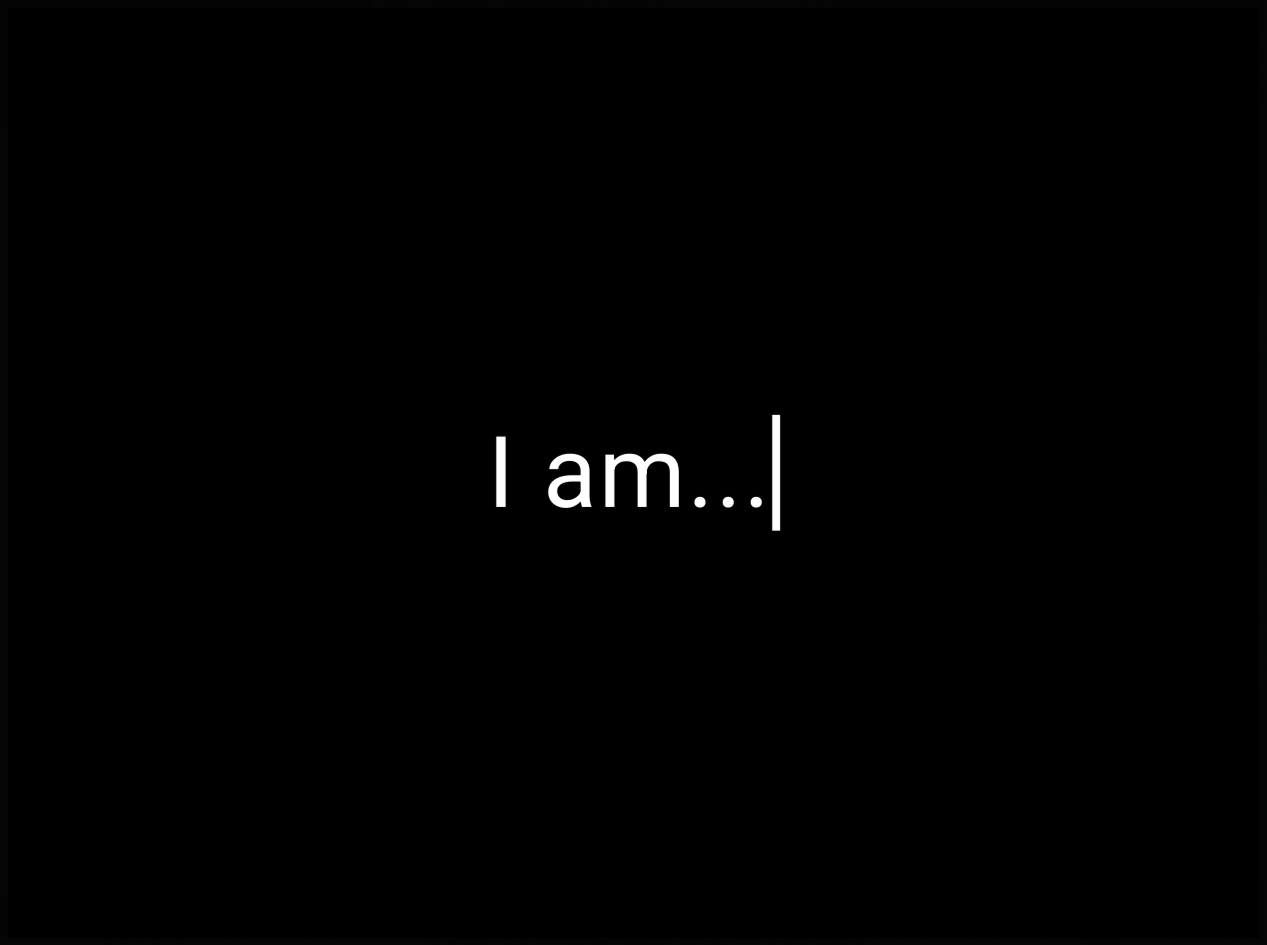
Repository: meywenz/mysite
Page: index.html
The author's editor kept a copy of each file at every save. The page is drawn from the files as they stood at one save, then again after the next save.
The browser window is 1280 px wide. The pictures show the whole page, at 99% of full size.

Above is the page before, as saved 2021-04-11 15:01:22.

After the next save:
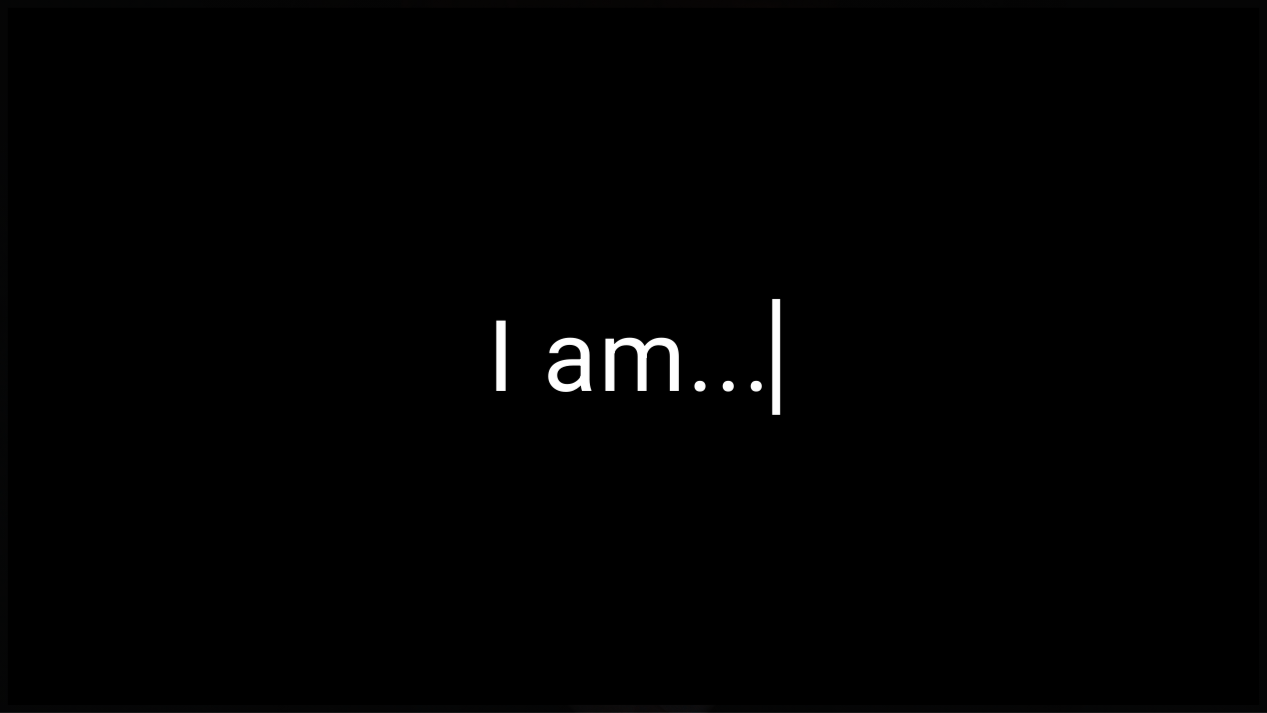
Saved 63 s later.
--- a/styles.css
+++ b/styles.css
@@ -77,7 +77,7 @@
 
 .links {
   text-align: center;
-  padding: 20px;
+  padding: 1em, 2em;
   border: 1px solid rgb(110, 110, 110);
   border-width: 2px;
   width: 290px;
@@ -123,7 +123,7 @@
 }
 .links:hover {
   text-align: center;
-  padding: 20px;
+  padding: 1em, 2em;
   border: 1px solid rgb(255, 255, 255);
   border-width: 2px;
   width: 290px;

After the save that followed:
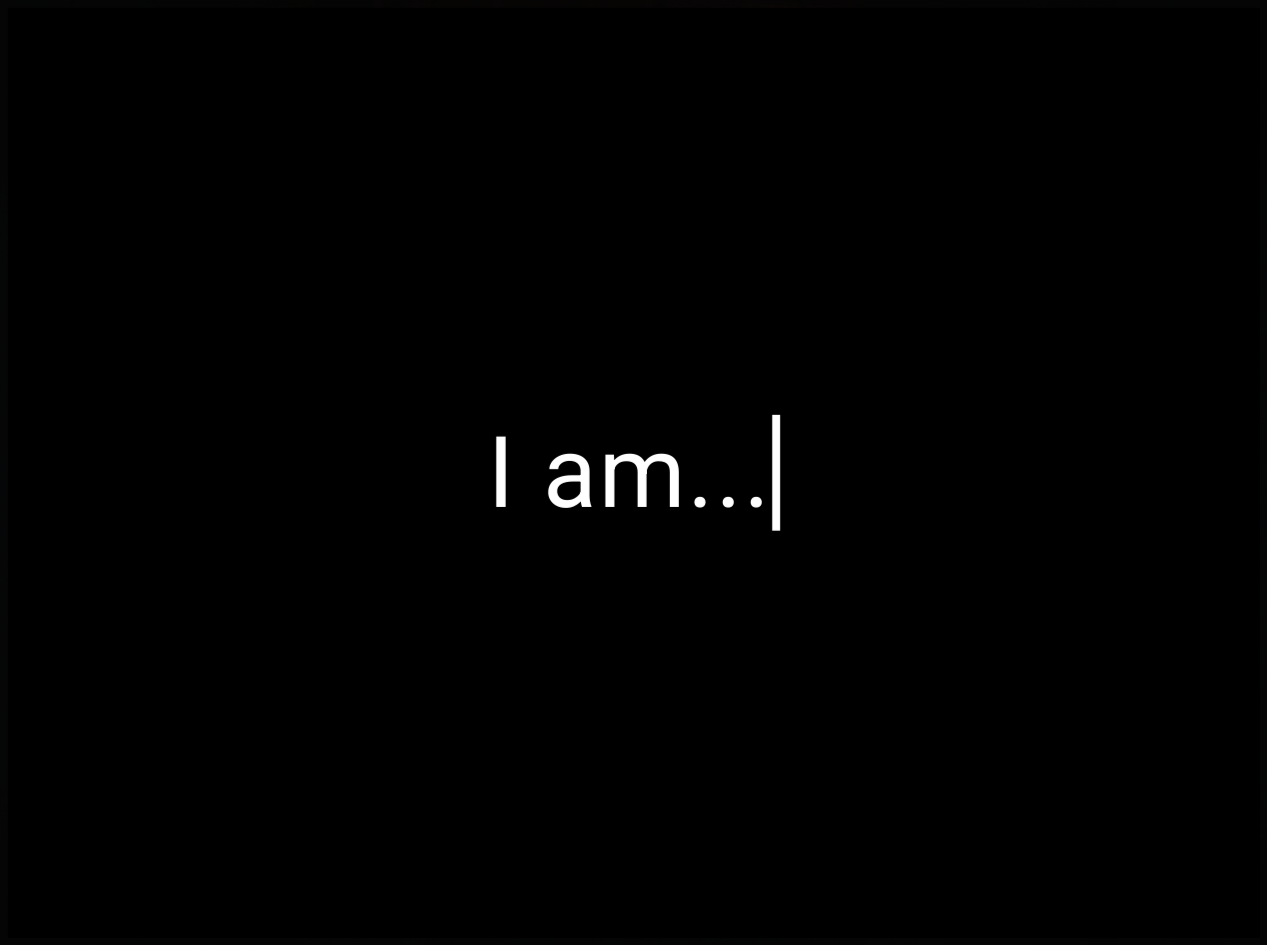
Saved 22 s later.
--- a/styles.css
+++ b/styles.css
@@ -77,7 +77,7 @@
 
 .links {
   text-align: center;
-  padding: 1em, 2em;
+  padding: 20px;
   border: 1px solid rgb(110, 110, 110);
   border-width: 2px;
   width: 290px;
